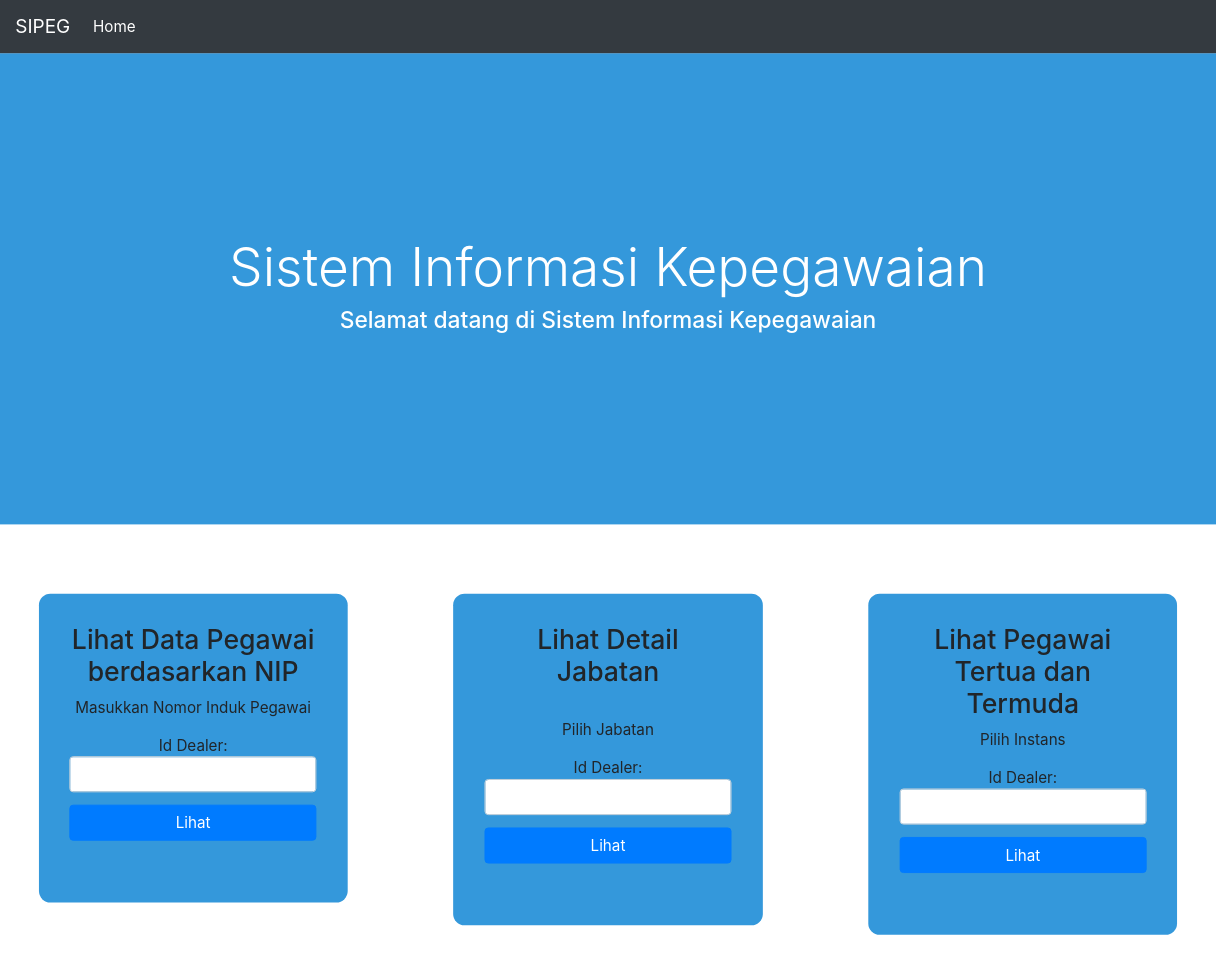
Repository: Apap-2018/tugas1_1606892163
Page: http://localhost/home
The author's editor kept a copy of each file at every save. The page is drawn from the files as they stood at one save, then again after the next save.
The browser window is 1280 px wide. The page is 1295 px wide, so the pictures cover 1295 px, including what lies to the right of the window. The pictures show the whole page, at 95% of full size.
The page is this project's Thymeleaf template; nobody is signed in. The template is opened directly, without the code that normally fills it, so the values that code supplies are empty.

Above is the page before, as saved 2018-10-17 08:19:23.

### tugas-1/src/main/resources/templates/home.html
<!DOCTYPE html>
<html xmlns:th="http://www.thymeleaf.org">
	<head>
		<object th:include="fragments/fragment :: header" th:remove="tag"></object>
	</head>

	<body>
		<nav th:replace="fragments/fragment :: navbar"></nav>
		<div class="jumbotron text-center">
			<h1 class="display-4">Sistem Informasi Kepegawaian</h1>
			<h4>Selamat datang di Sistem Informasi Kepegawaian</h4>
		</div>
		<div class="row text-center">
			<div class="col-md-4">
				<div class="container form-area">
					<div class="form-box">

						<h3>Lihat Data Pegawai berdasarkan NIP</h3>
						<p>Masukkan Nomor Induk Pegawai</p>
						<form th:action="@{/pegawai/view}" method="GET">
							Id Dealer: <br>
							<input type="text" name="pegawaiNip" class="form-control" />
							<button type="submit" class="btn btn-primary btn-block">Lihat</button>
						</form>
					</div>
				</div>
			</div>
			<div class="col-md-4">
				<div class="container form-area">
					<div class="form-box">
						<h3>Lihat Detail Jabatan</h3>
						<br>
						<p>Pilih Jabatan</p>
						<form th:action="@{/pegawai/view}" method="GET">
							Id Dealer: <br>
							<input type="text" name="pegawaiNip" class="form-control" />
							<button type="submit" class="btn btn-primary btn-block">Lihat</button>
						</form>
					</div>
				</div>
			</div>
			<div class="col-md-4">
				<div class="container form-area">
					<div class="form-box">
						<h3>Lihat Pegawai Tertua dan Termuda</h3>
						<p>Pilih Instans</p>
						<form th:action="@{/pegawai/view}" method="GET">
							Id Dealer: <br>
							<input type="text" name="pegawaiNip" class="form-control" />
							<button type="submit" class="btn btn-primary btn-block">Lihat</button>
						</form>
					</div>
				</div>
			</div>
		</div>
	</body>
</html>

### tugas-1/src/main/resources/templates/fragments/fragment.html
<!DOCTYPE html>
<html xmlns:th="http://www.thymeleaf.org">
	<head>
		<head th:fragment="header">
			<title th:text="${pageTitle}"></title>
			<link rel="stylesheet" th:href="@{/css/bootstrap.min.css}">
			<link rel="stylesheet" th:href="@{/css/style.css}">
			<script th:scr="@{/js/bootstrap.min.js}"></script>
		</head>
	</head>

	<body>
		<nav th:fragment="navbar" class="navbar navbar-expand-lg navbar-dark bg-dark">
			<a class="navbar-brand" href="#">SIPEG</a>
			<div class="collapse navbar-collapse" id="navbarSupportedContent">
				<ul class="navbar-nav mr-auto">
					<li class="nav-item active">
						<a class="nav-link" th:href="@{/}">Home</a>
					</li>
				</ul>
			</div>
		</nav>
	</body>
</html>

### tugas-1/src/main/resources/static/css/style.css
.jumbotron {
	background-color: #3498db;
	color: white;
	padding: 15%;
	border-radius: 0;
}
.form-area {
	padding: 10%;
}
.form-box {
	background-color: #3498db;
	padding: 10% 10% 20% 10%;
	border-radius: 12px;
}
.form-box button {
	margin-top : 5%;
}

Loaded but not shown: tugas-1/src/main/resources/static/css/bootstrap.min.css (library)

After the next save:
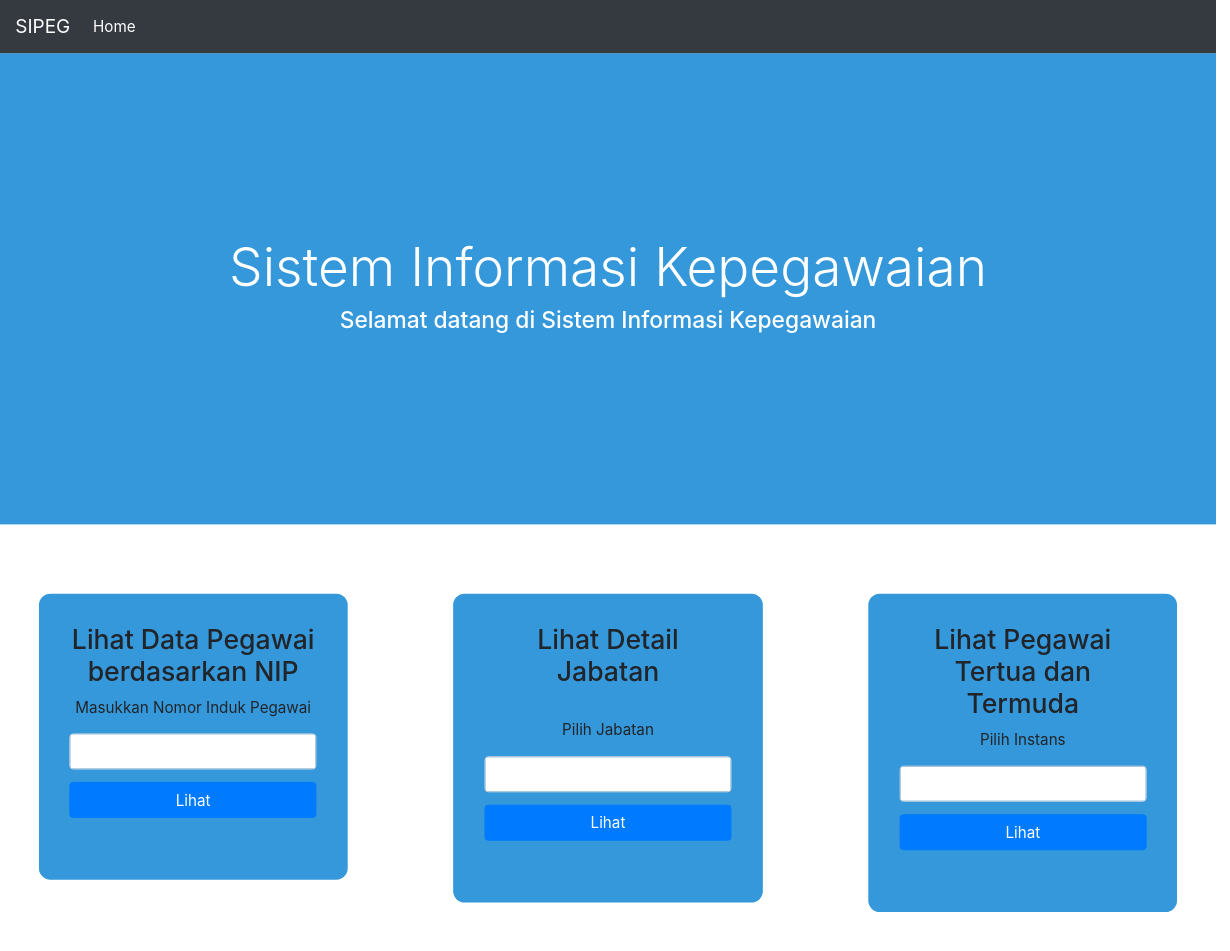
Saved 47 s later.
--- a/tugas-1/src/main/resources/templates/home.html
+++ b/tugas-1/src/main/resources/templates/home.html
@@ -18,7 +18,6 @@
 						<h3>Lihat Data Pegawai berdasarkan NIP</h3>
 						<p>Masukkan Nomor Induk Pegawai</p>
 						<form th:action="@{/pegawai/view}" method="GET">
-							Id Dealer: <br>
 							<input type="text" name="pegawaiNip" class="form-control" />
 							<button type="submit" class="btn btn-primary btn-block">Lihat</button>
 						</form>
@@ -32,7 +31,6 @@
 						<br>
 						<p>Pilih Jabatan</p>
 						<form th:action="@{/pegawai/view}" method="GET">
-							Id Dealer: <br>
 							<input type="text" name="pegawaiNip" class="form-control" />
 							<button type="submit" class="btn btn-primary btn-block">Lihat</button>
 						</form>
@@ -45,7 +43,6 @@
 						<h3>Lihat Pegawai Tertua dan Termuda</h3>
 						<p>Pilih Instans</p>
 						<form th:action="@{/pegawai/view}" method="GET">
-							Id Dealer: <br>
 							<input type="text" name="pegawaiNip" class="form-control" />
 							<button type="submit" class="btn btn-primary btn-block">Lihat</button>
 						</form>
